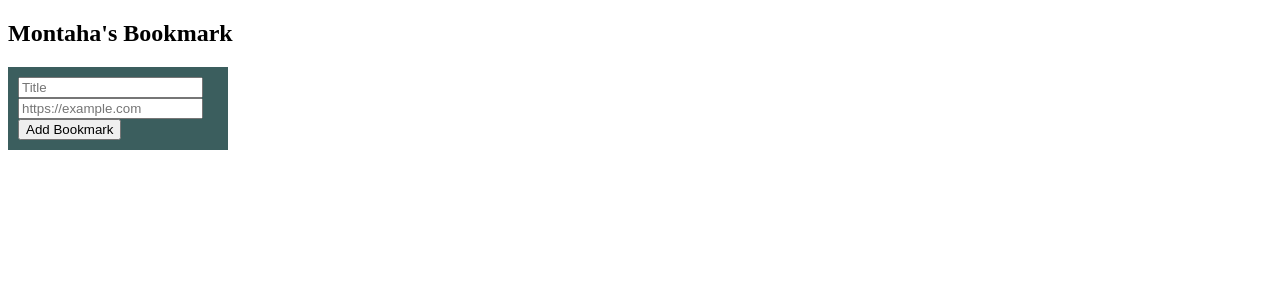
Repository: eidimontaha18-maker/finalproject
Page: index.html
An editor plug-in stored every save of this project. The page is shown before and after the next save, followed by the edit.
The browser window is 1280 px wide. The pictures show the whole page.

Above is the page before, as saved 2025-11-25 23:21:04.

### index.html
<!DOCTYPE html>
<html lang="en">
<head>
    <meta charset="UTF-8">
    <meta name="viewport" content="width=device-width, initial-scale=1.0">
    <title>Montaha's Bookmark</title>
    <link rel="stylesheet" href="style.css">
</head>
<body>
    <nav>
        <h1>Montaha's Bookmark</h1>
    </nav>

    <main>
        <div class="addbookmark">
            <input type="text" placeholder="Title" />
            <input type="text" placeholder="https://example.com" />
            <br>
            <button>Add Bookmark</button>
        </div>
    </main>

</body>
</html>

### style.css
.addbookmark{
    background-color: rgb(59, 94, 94);
    padding: 10px;
    width: 200px;
}

After the next save:
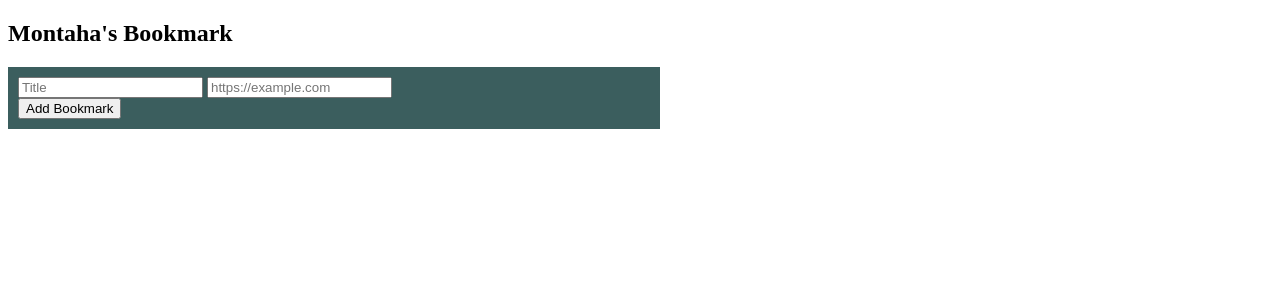
Saved 19 s later.
--- a/style.css
+++ b/style.css
@@ -1,5 +1,5 @@
 .addbookmark{
     background-color: rgb(59, 94, 94);
     padding: 10px;
-    width: 200px;
+    width: 50%;
 }
